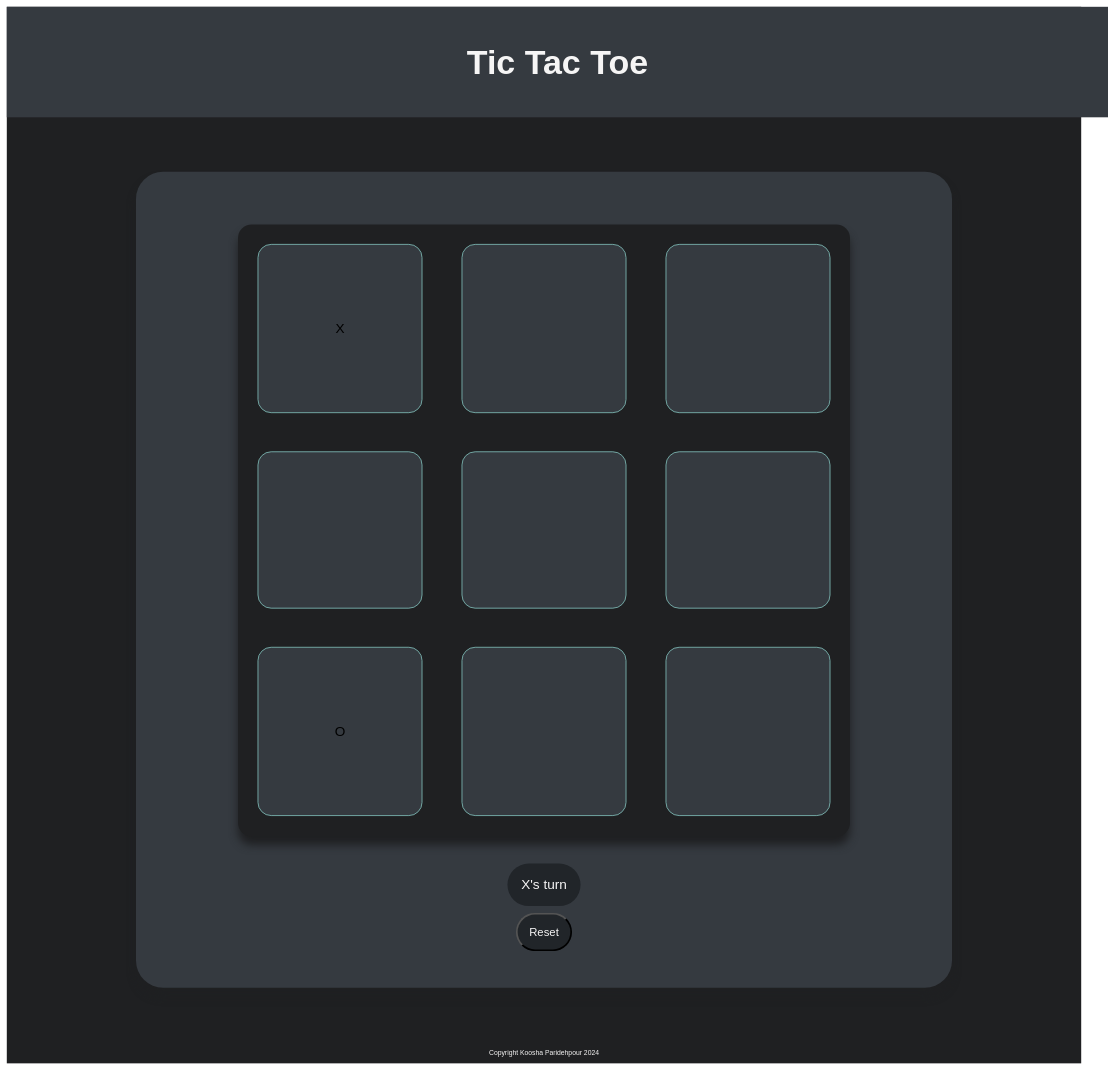
Repository: KooshaPari/odin-TTT
Page: index.html
These files come from the project's save history. The page is drawn as it stood at one moment and after the next save; the edit follows.
The browser window is 1280 px wide. The page is 1304 px wide, so the pictures cover 1304 px, including what lies to the right of the window. The pictures show the whole page, at 85% of full size.
After loading, the first visible `#\30` was clicked once.

Above is the page before, as saved 2024-03-14 23:48:57.

### index.html
<!doctype html>
<html lang="en">
  <head>
    <meta charset="UTF-8" />

    <link rel="stylesheet" href="./style.css" />
    <meta name="viewport" content="width=device-width, initial-scale=1.0" />
    <title>Document</title>
  </head>
  <body>
    <div id="parent">
      <div id="header">
        <h1>Tic Tac Toe</h1>
      </div>
      <div id="body">
        <div id="game">
          <div id="board">
            <div class="square" id="0"></div>
            <div class="square" id="1"></div>
            <div class="square" id="2"></div>
            <div class="square" id="3"></div>
            <div class="square" id="4"></div>
            <div class="square" id="5"></div>
            <div class="square" id="6"></div>
            <div class="square" id="7"></div>
            <div class="square" id="8"></div>
          </div>
          <div id="status">X's turn</div>
          <button id="reset">Reset</button>
        </div>
      </div>
      <div id="footer">
        <p>Copyright Koosha Paridehpour 2024</p>
      </div>
    </div>
  </body>
  <script src="./lib.js"></script>
</html>

### style.css
* {
  font-family: sans-serif;
}
#parent {
  background-color: #1f2022;
  width: 100%;
  height: 100%;
}
#header {
  background-color: #353a40;
  padding: 1.25%;
  width: 100%;
  height: 100%;
}
#header h1 {
  color: #f6f5f5;

  font-size: 2.5em;
}
#footer p {
  color: #f6f5f5;
  font-size: 0.5em;
}

#header,
#footer,
#body {
  display: flex;
  align-items: center;
  justify-content: center;
}
#title {
  color: #f6f5f5;
}
#body {
  flex-direction: column;
}
#game {
  transition: 2.5s ease-in-out;
  display: flex;
  flex-direction: column;
  justify-content: center;
  align-items: center;
  background-color: #353a40;
  border-radius: 2em;
  margin: 5vw;
  box-shadow: 0px 10px 10px #1f2022;
  width: 75vw;
  height: 75vw;
  -webkit-border-radius: 2em;
  -moz-border-radius: 2em;
  -ms-border-radius: 2em;
  -o-border-radius: 2em;
  -webkit-transition: 2.5s ease-in-out;
  -moz-transition: 2.5s ease-in-out;
  -ms-transition: 2.5s ease-in-out;
  -o-transition: 2.5s ease-in-out;
}
#board {
  display: grid;
  grid-template-columns: 1fr 1fr 1fr;
  width: 75%;
  transition: 1s ease-in-out;
  height: 75%;
  background-color: #1f2022;
  border-radius: 1em;
  margin: 2em;

  align-items: center;
  justify-content: center;
  box-shadow: 0px 10px 10px #1f2022;
  -webkit-border-radius: 1em;
  -moz-border-radius: 1em;
  -ms-border-radius: 1em;
  -o-border-radius: 1em;
  -webkit-transition: 1s ease-in-out;
  -moz-transition: 1s ease-in-out;
  -ms-transition: 1s ease-in-out;
  -o-transition: 1s ease-in-out;
}
#board:hover {
  transform: scale(1.025) translate(0, -1em);
  transition: 0.5s ease-in-out;
  -webkit-transform: scale(1.025) translate(0, -1em);
  -moz-transform: scale(1.025) translate(0, -1em);
  -ms-transform: scale(1.025) translate(0, -1em);
  -o-transform: scale(1.025) translate(0, -1em);
  -webkit-transition: 0.5s ease-in-out;
  -moz-transition: 0.5s ease-in-out;
  -ms-transition: 0.5s ease-in-out;
  -o-transition: 0.5s ease-in-out;
}
#game:hover {
  transform: scale(1.05) translate(0, -0.5em);
  transition: 10s ease-in-out;
  -webkit-transform: scale(1.05) translate(0, -0.5em);
  -moz-transform: scale(1.05) translate(0, -0.5em);
  -ms-transform: scale(1.05) translate(0, -0.5em);
  -o-transform: scale(1.05) translate(0, -0.5em);
  -webkit-transition: 10s ease-in-out;
  -moz-transition: 10s ease-in-out;
  -ms-transition: 10s ease-in-out;
  -o-transition: 10s ease-in-out;
}
.square {
  transition 0.4s ease-in-out;
  justify-self: center;
  border: 0.1px solid #7ebab5;
  width: 80%;
  flex: 0;
  border-radius: 1em;
  height: 80%;
  background-color: #353a40;
  text-align: center;
  justify-content: center;
  display: flex;
  cursor: pointer;
  align-items: center;
  white-space: nowrap;
}
.square p {
  font-size: 4em;
  color: #7ebab5;
  font-weight: bold;
  overflow: hidden;
  align-self: center;
  justify-self: center;
  text-align: center;
  padding: 0;
  margin: 0;
  display: inline;
}
.square:hover {
  transform: scale(1.05) translate(0, -0.5em);
  background-color: #454a50;
  transition: 0.4s ease-in-out;

}
.square:active{
  transform: scale(1.1) translate(0, 0.5em);
  background-color: #151a30;
  transition:0.2s ease-in-out;
  -webkit-transition:0.2s ease-in-out;
  -moz-transition:0.2s ease-in-out;
  -ms-transition:0.2s ease-in-out;
  -o-transition:0.2s ease-in-out;
}
#status{ padding:1em; background-color:#212529; color:#f6f5f5; border-radius:2em; margin:0.5em; margin-top: 0; }
#reset{ padding:1em; background-color:#212529; color:#f6f5f5; border-radius:2em;  margin-bottom: 1em;;}

### lib.js
let board = [0, 0, 0, 0, 0, 0, 0, 0, 0]
function playTTT(square) {
  square.textContent = 'X'
  board[square.id] = 'X'
  let com = 0
  while (board[com] != 0) {
    com = Math.floor(Math.random() * 9)
  }
  console.log(com)
  board[com] = 'O'
  let comSq = document.getElementById(com)
  console.log(comSq)
  comSq.textContent = 'O'
  let res = checkWin() != false
  if (res != false) {
    console.log(res)
  }
}
const squares = document.querySelectorAll('.square')
squares.forEach((square) =>
  square.addEventListener('click', () => {
    playTTT(square)
  })
)
function checkWin() {
  if (board[0] != '0' && board[0] === board[1] && board[1] === board[2]) {
    console.log(board[0] + ' wins')
    return board[0]
  }
  if (board[3] != '0' && board[3] === board[4] && board[4] === board[5]) {
    console.log(board[3] + ' wins')
    return board[3]
  }
  if (board[6] != '0' && board[6] === board[7] && board[7] === board[8]) {
    console.log(board[6] + ' wins')
    return board[6]
  }
  if (board[0] != '0' && board[0] === board[3] && board[3] === board[6]) {
    console.log(board[0] + ' wins')
    return board[0]
  }
  if (board[1] != '0' && board[1] === board[4] && board[4] === board[7]) {
    console.log(board[1] + ' wins')
    return board[1]
  }
  if (board[2] != '0' && board[2] === board[5] && board[5] === board[8]) {
    console.log(board[2] + ' wins')
    return board[2]
  }
  if (board[0] != '0' && board[0] === board[4] && board[4] === board[8]) {
    console.log(board[0] + ' wins')
    return board[0]
  }
  if (board[2] != '0' && board[2] === board[4] && board[4] === board[6]) {
    console.log(board[2] + ' wins')
    return board[2]
  }
  return false
}

After the next save:
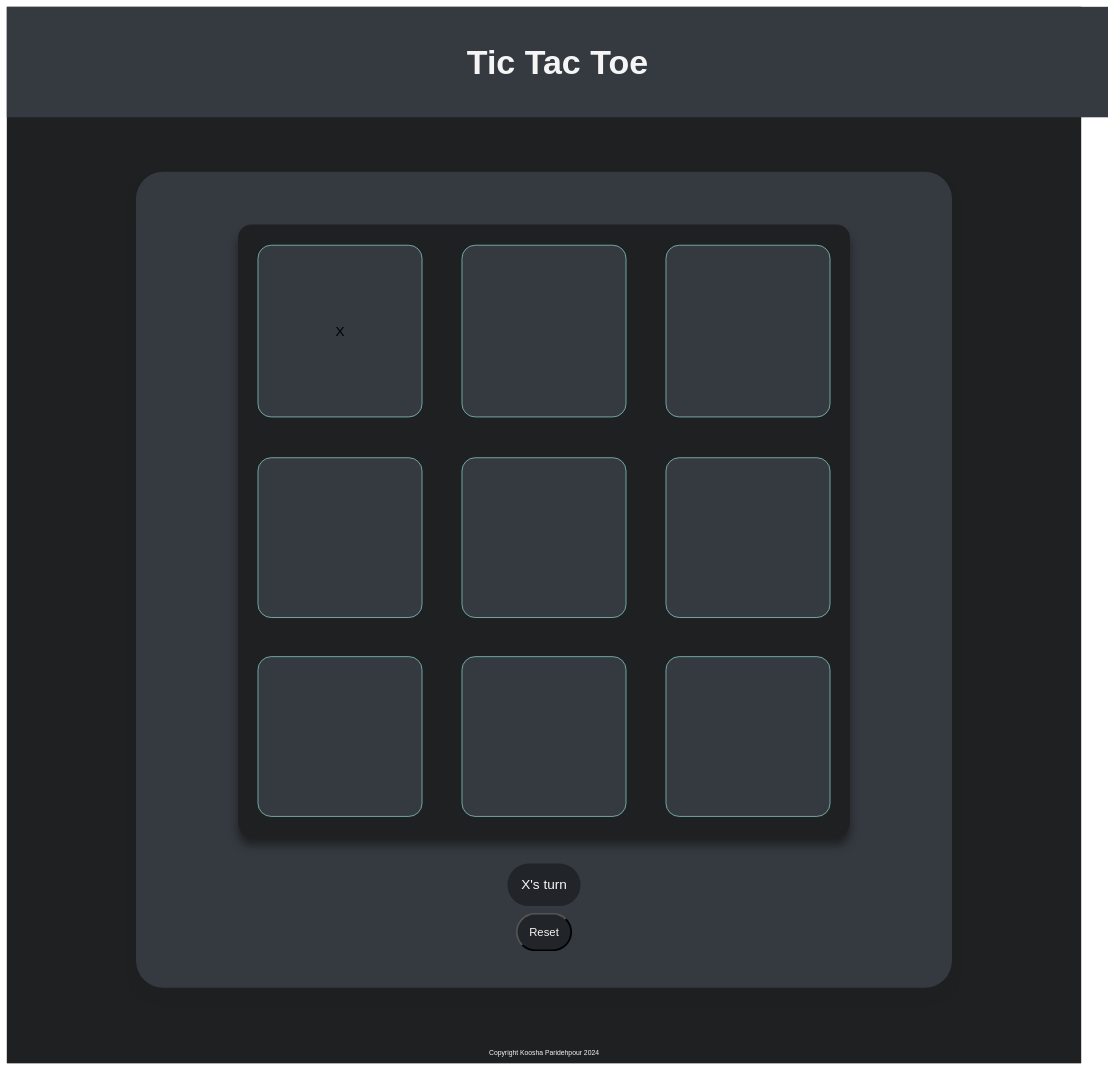
Console error: ReferenceError: com is not defined
Saved 62 s later.
--- a/lib.js
+++ b/lib.js
@@ -2,12 +2,7 @@
 function playTTT(square) {
   square.textContent = 'X'
   board[square.id] = 'X'
-  let com = 0
-  while (board[com] != 0) {
-    com = Math.floor(Math.random() * 9)
-  }
-  console.log(com)
-  board[com] = 'O'
+  comPlay()
   let comSq = document.getElementById(com)
   console.log(comSq)
   comSq.textContent = 'O'
@@ -57,3 +52,11 @@
   }
   return false
 }
+function comPlay() {
+  let com = 0
+  while (board[com] != 0) {
+    com = Math.floor(Math.random() * 9)
+  }
+  console.log(com)
+  board[com] = 'O'
+}

After the save that followed:
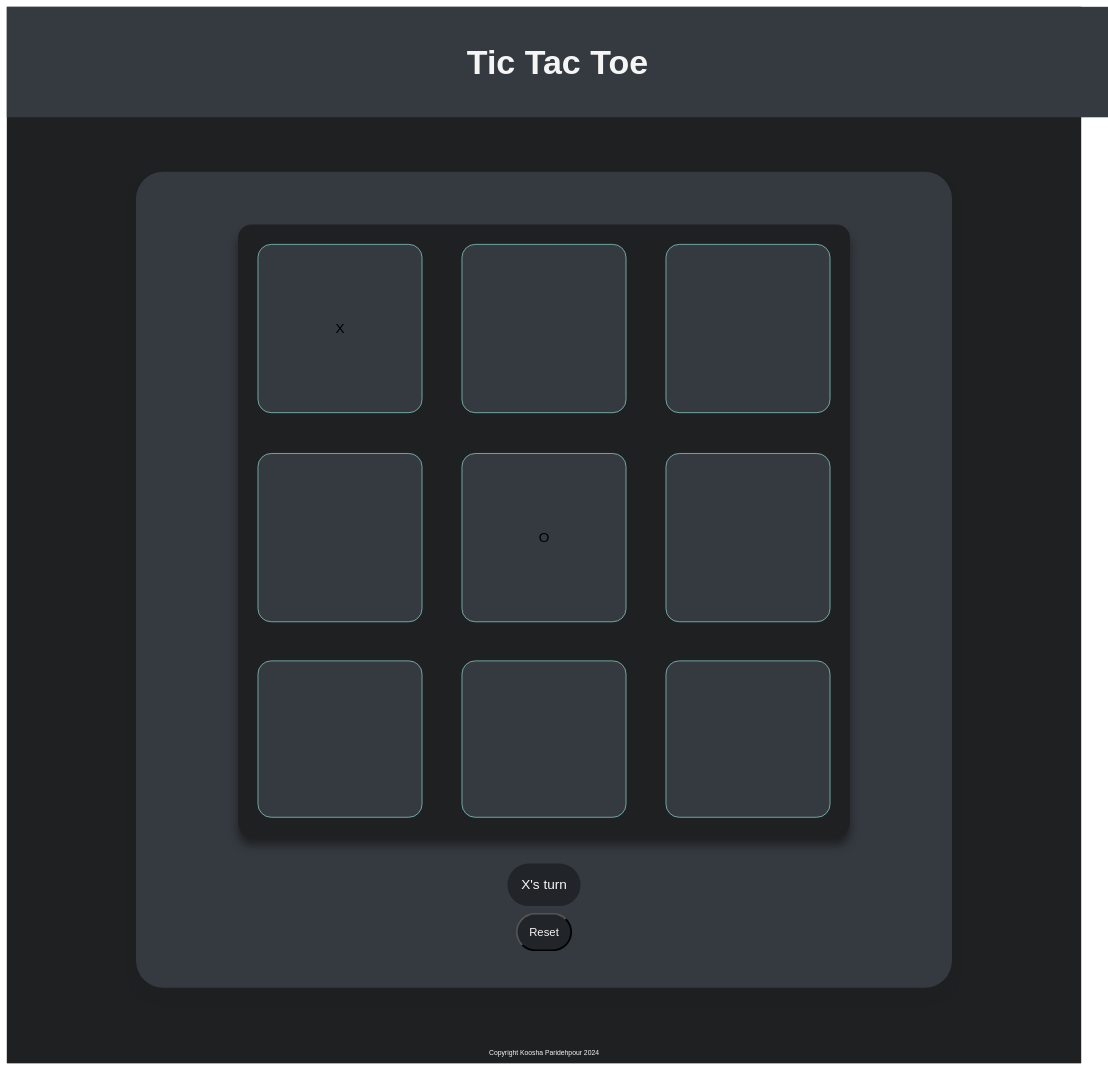
The error is gone.
Saved 28 s later.
--- a/lib.js
+++ b/lib.js
@@ -3,9 +3,7 @@
   square.textContent = 'X'
   board[square.id] = 'X'
   comPlay()
-  let comSq = document.getElementById(com)
-  console.log(comSq)
-  comSq.textContent = 'O'
+
   let res = checkWin() != false
   if (res != false) {
     console.log(res)
@@ -59,4 +57,8 @@
   }
   console.log(com)
   board[com] = 'O'
+  let comSq = document.getElementById(com)
+  console.log(comSq)
+  comSq.textContent = 'O'
+  comSq
 }
